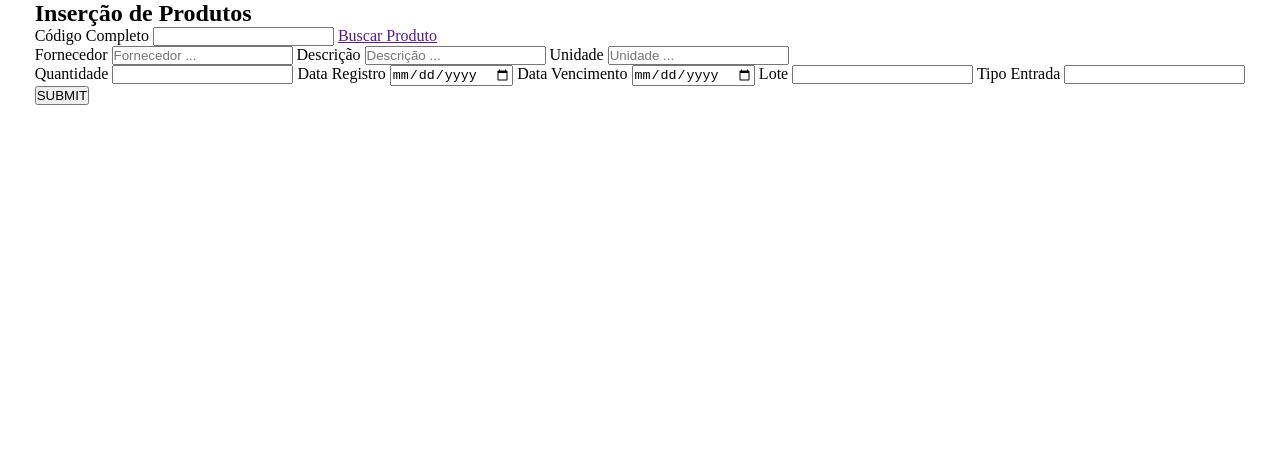
Repository: RobertoAntunes35/controle-estoque
Page: backend/templates/index.html
An editor plug-in stored every save of this project. The page is shown before and after the next save, followed by the edit.
The browser window is 1280 px wide. The pictures show the whole page.
The template is drawn by Flask 3. The application's start-up code is not run. The template is opened directly, without the code that normally fills it, so the values that code supplies are empty.

Above is the page before, as saved 2023-05-27 11:34:10.

After the next save:
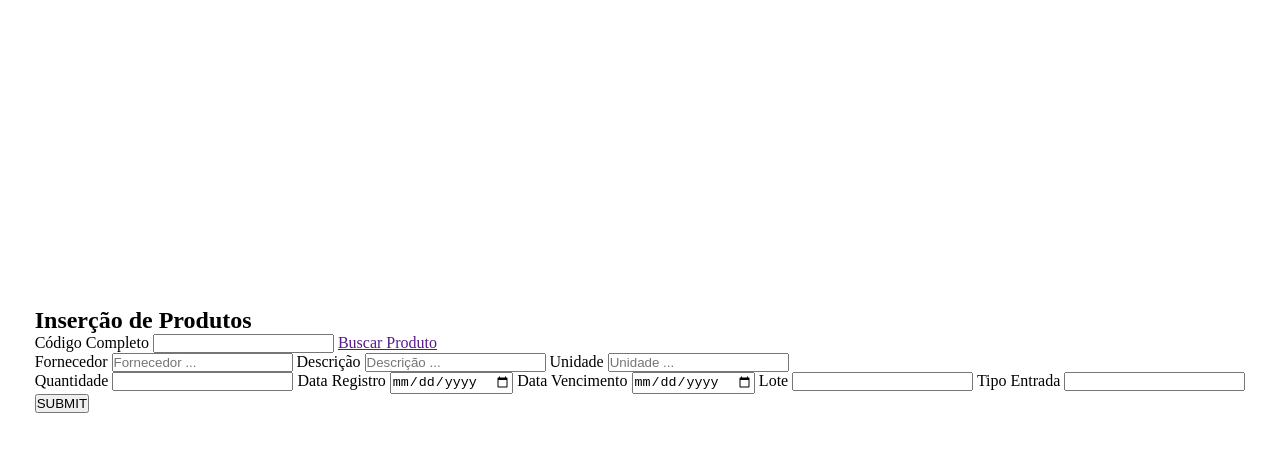
Saved 24 s later.
--- a/backend/static/index.css
+++ b/backend/static/index.css
@@ -8,4 +8,7 @@
     display: flex;
     align-items: center;
     justify-content: center;
+
+    width: 100vw;
+    height: 100vh;
 }
